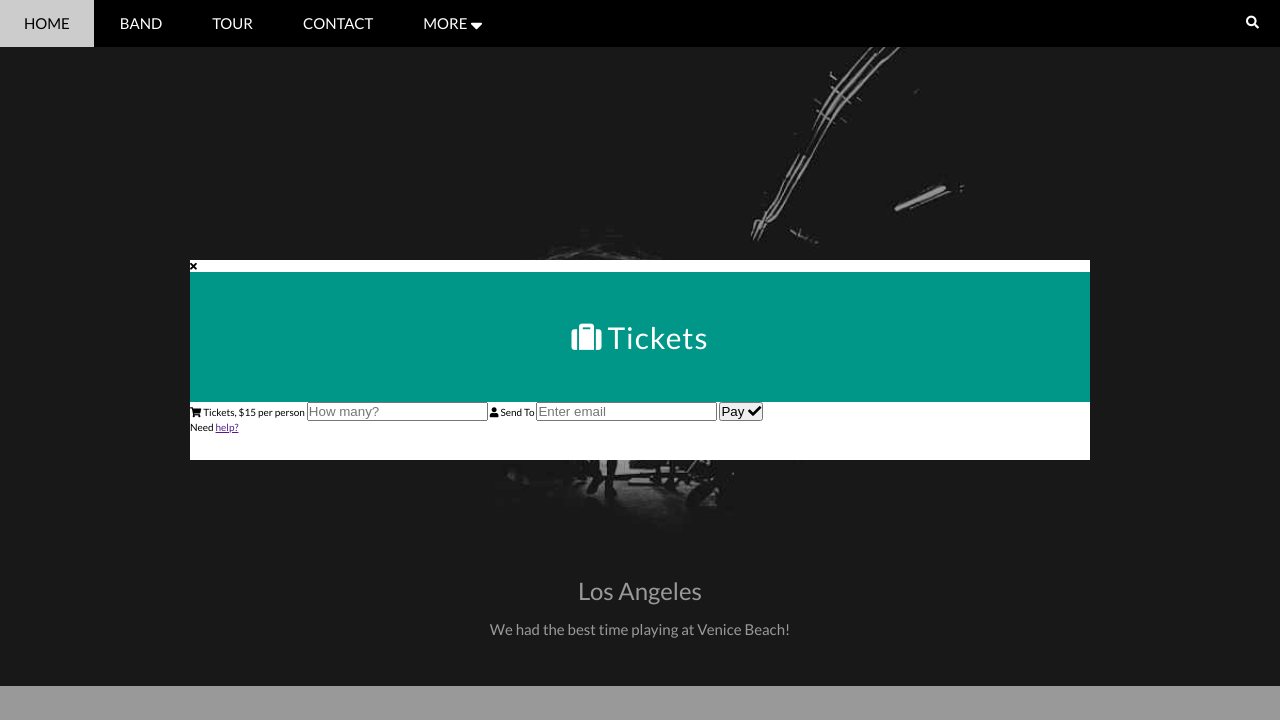
Repository: nguyenthaicong265/w3-band
Page: index.html
These files come from the project's save history. The page is drawn as it stood at one moment and after the next save; the edit follows.
The browser window is 1280 px wide. The pictures show the window.
A layer covers the whole window, so only the first screen is drawn.

Above is the page before, as saved 2022-01-03 11:47:34.

### index.html
<!DOCTYPE html>
<html lang="en">
<head>
    <meta charset="UTF-8">
    <meta http-equiv="X-UA-Compatible" content="IE=edge">
    <meta name="viewport" content="width=device-width, initial-scale=1.0">
    <title>Document</title>
    <link rel="stylesheet" href="./assets/css/styles.css">
    <link rel="stylesheet" href="https://fonts.googleapis.com/css?family=Lato">
    <link rel="stylesheet" href="./assets/font/themify-icons-font/themify-icons/themify-icons.css">
    <link rel="stylesheet" href="./assets/font/fontawesome-free-5.15.4-web/css/all.css">
</head>
<body>
    <div id="main">
        <div id="header">
            <ul id="nav">
                <li><a href="">Home</a></li>
                <li><a href="">Band</a></li>
                <li><a href="">Tour</a></li>
                <li><a href="">Contact</a></li>
                <li>
                    <a href="#">
                        More
                        <i class="fas fa-sort-down"></i>
                    </a>
                    <ul class="subnav">
                        <li><a href="#">Merchandise</a></li>
                        <li><a href="#">Extras</a></li>
                        <li><a href="#">Media</a></li>
                    </ul>
                </li>
            </ul>
            <div class="search-button">
                <i class="fas fa-search text-white"></i>
            </div>
        </div>

        <div id="slider">
            <div class="text-content text-white">
                <h2 class="text-head">Los Angeles
                </h2>
                <div class="text-description">We had the best time playing at Venice Beach!
                </div>
            </div>
        </div>

        <div id="content">
            <!-- About-section -->
            <div class="band-section">
                <div class="content-section">
                    <h2 class="section-heading">
                    THE BAND
                    </h2>
                    <p class="section-sub-heading">
                    We love music
                    </p>
                    <p class="about-text">We have created a fictional band website. Lorem ipsum dolor sit amet, consectetur adipiscing elit, sed do eiusmod tempor incididunt ut labore et dolore magna aliqua. Ut enim ad minim veniam, quis nostrud exercitation ullamco laboris nisi ut aliquip ex ea commodo consequat. Duis aute irure dolor in reprehenderit in voluptate velit esse cillum dolore eu fugiat nulla pariatur. Excepteur sint occaecat cupidatat non proident, sunt in culpa qui officia deserunt mollit anim id est laborum consectetur adipiscing elit, sed do eiusmod tempor incididunt ut labore et dolore magna aliqua. Ut enim ad minim veniam, quis nostrud exercitation ullamco laboris nisi ut aliquip ex ea commodo consequat.
                    </p>

                    <!-- Member -->
                    <div class="members-list">
                        <div class="member-item">
                            <p class="member-name">Name</p>
                            <img src="./assets/img/band/member1.jpg" alt="Name" class="member-avatar">
                        </div>

                        <div class="member-item">
                            <p class="member-name">Name</p>
                            <img src="./assets/img/band/member1.jpg" alt="Name" class="member-avatar">
                        </div>

                        <div class="member-item">
                            <p class="member-name">Name</p>
                            <img src="./assets/img/band/member1.jpg" alt="Name" class="member-avatar">
                        </div>
                    </div>
                </div>
            </div>

            <!-- Tour-section -->
            <div class="tour-section">
                <div class="content-section">
                    <h2 class="section-heading text-white">
                    TOUR DATES
                    </h2>
                    <p class="section-sub-heading text-white">
                    Remember to book your tickets!
                    </p>

                    <!-- Tickets  -->
                    <ul class="tickets-list">
                        <li>September <span class="sold-out text-white">Sold out</span></li>
                        <li>October <span class="sold-out text-white">Sold out</span></li>
                        <li>November <span class="quantity text-white">3</span></li>
                    </ul>

                    <!-- Places -->
                    <div class="places-list">
                        <div class="places-item">
                            <img src="./assets/img/places/newyork.jpg" alt="New York" class="place-img">
                            <div class="place-body">
                                <h3 class="place-heading">
                                    New York
                                </h3>
                                <p class="place-time">
                                    Fri 27 Nov 2016
                                </p>
                                <p class="place-dsc">
                                    Praesent tincidunt sed tellus ut rutrum sed vitae justo.
                                </p>
                                <a href="#" class="place-buy-ticket">Buy Tickets</a>
                            </div>
                        </div>

                        <div class="places-item">
                            <img src="./assets/img/places/paris.jpg" alt="Paris" class="place-img">
                            <div class="place-body">
                                <h3 class="place-heading">
                                    Paris
                                </h3>
                                <p class="place-time">
                                    Sat 28 Nov 2016
                                </p>
                                <p class="place-dsc">
                                    Praesent tincidunt sed tellus ut rutrum sed vitae justo.
                                </p>
                                <a href="#" class="place-buy-ticket">Buy Tickets</a>
                            </div>
                        </div>

                        <div class="places-item">
                            <img src="./assets/img/places/sanfran.jpg" alt="San Francisco" class="place-img">
                            <div class="place-body">
                                <h3 class="place-heading">
                                    San Francisco
                                </h3>
                                <p class="place-time">
                                    Sun 29 Nov 2016
                                </p>
                                <p class="place-dsc">
                                    Praesent tincidunt sed tellus ut rutrum sed vitae justo.
                                </p>
                                <a href="#" class="place-buy-ticket">Buy Tickets</a>
                            </div>
                        </div>
                    </div>
                </div>
            </div>

            <!-- Contact-section -->
            <div class="contact-section">
                <div class="content-section">
                    <h2 class="section-heading">
                    CONTACT</h2>
                    <p class="section-sub-heading">
                    Fan? Drop a note!</p>
                    <div class="contact-information">
                        <div class="contact-location">
                            <i class="fas fa-map-marker-alt"></i>
                            <p class="location">Chicago, US</p>
                        </div>
                        <div class="contact-phone">
                            <i class="fas fa-phone-alt"></i>
                            <p class="phone">Phone: +00 151515</p>
                        </div>
                        <div class="contact-email">
                            <i class="fas fa-envelope"></i>
                            <p class="email">Email: mail@mail.com</p>
                        </div>
                    </div>
                    <div class="fill-information">
                        <form action="" class="form-information">
                            <input type="text" class="fill-name" placeholder="Name" required name="Name">
                            <input type="text" class="fill-email" placeholder="Email" required name="Email">
                            <input type="text" class="fill-message" placeholder="Message"
                            required name="Message">
                            <button class="button-send" type="submit">SEND</button>
                        </form>
                    </div>
                </div>
            </div>
        </div>

        <div id="footer">

        </div>
    </div>
    <div class="modal">
         <div class="modal-contaner">
             <div class="modal-close">
                <i class="fas fa-times"></i>
             </div>

             <div class="modal-header text-white">
                <i class="fas fa-suitcase"></i> Tickets
             </div>

             <div class="modal-body">
                <label for="" class="modal-label">
                    <i class="fas fa-shopping-cart"></i>
                    Tickets, $15 per person
                 </label>
                 <input type="text" class="modal-input" placeholder="How many?">

                 <label for="" class="modal-label">
                    <i class="fas fa-user"></i>
                    Send To
                 </label>
                 <input type="text" class="modal-input" placeholder="Enter email">

                <button id="buy-ticket">
                    Pay
                    <i class="fas fa-check"></i>
                </button>
             </div>

             <div class="modal-footer">
                 <p class="modal-help">
                     Need <a href="">help?</a>
                 </p>
             </div>
         </div>
    </div>
</body>
</html>

### assets/css/styles.css
/* Reset CSS */
* {
    padding: 0;
    margin: 0;
    box-sizing: border-box;
}

html {
    font-family: "Lato", sans-serif;
    font-size: 62.5%;
}

.text-white {
    color: #ffff !important;
}

#main {

}

#header {
    position: fixed;
    top: 0;
    left: 0;
    right: 0;
    height: 46.5px;
    background-color: #000000;
    z-index: 1;
}

#header .search-button {
    float: right;
    padding: 0 21px;
}

#header .search-button:hover {
    cursor: pointer;
    background-color: #f44336!important;
}

#header .fa-search {
    font-size: 13px;
    line-height: 46px;
}

#nav, .subnav {
    display: inline-block;
    list-style-type: none;
}

#nav > li {
    display: inline-block;
}

#nav li {
    position: relative;
}

#nav > li > a {
    color: #ffffff;
    text-transform: uppercase;
}

#nav li a {
    text-decoration: none;
    line-height: 46.5px;
    padding: 0px 24px;
    font-size: 1.5rem;
    display: block;
}

#nav .fa-sort-down {
    font-size: 20px;
}

#nav li:hover .subnav {
    display: block;

}

#nav > li:hover > a,
#nav .subnav li:hover a {
    color: #000 !important;
    background-color: #ccc !important;
}

#nav .subnav {
    display: none;
    position: absolute;
    min-width: 160px;
    top: 46.5px;
    background-color: #ffffff;
    box-shadow: 0 0 10px rgba(0, 0, 0, 0.3);
}

#nav .subnav a {
    color: #000;
    padding: 0 12px;
    line-height: 38px;
}

#slider {
    position: relative;
    margin-top: 46px;
    padding-top: 50%;
    background: url(/assets/img/slider/slider1.jpg) top center / cover no-repeat;
}

#slider .text-content {
    position: absolute;
    bottom: 48px;
    width: 100%;
    text-align: center;
}

#slider .text-head {
    font-weight: 100;
    font-size: 24px;
    margin-bottom: 10px;
}
#slider .text-description {
    font-size: 15px;
    margin-top: 15px;
}

#content {
}

#content .content-section {
    width: 800px;
    padding: 64px 16px ;
    margin-left: auto;
    margin-right: auto;
}

#content .section-heading {
    font-size: 30px;
    font-weight: 400;
    letter-spacing: 4px;
    text-align: center;
}

#content .section-sub-heading {
    font-size: 15px;
    font-style: italic;
    text-align: center;
    opacity: 0.6;
    margin-top: 25px;
}

#content .about-text {
    text-align: justify;
    font-size: 15px;
    margin-top: 25px;
    line-height: 1.4;
}

#content .members-list {
    margin-top: 48px;
    overflow: hidden;
    padding-top: 32px !important;
    padding-bottom: 32px !important;
}

#content .member-item {
    float: left;
    width: 33.333333%;
    text-align: center;
}

#content .member-name {
    font-size: 15px;


}

#content .member-avatar {
    width: 60%;
    margin-top: 15px;
    border-radius: 4px;
}

.tour-section {
    background-color: #000;
    width: 100%;
}

.tickets-list {
    background-color: #ffffff;
    margin-top: 40px;
    list-style-type: none;
}

.tickets-list li {
    font-size: 15px;
    padding: 11px 16px;
    border-bottom: 1px solid #dddd;
    color: #757575;
}

.tickets-list .sold-out {
    background-color: #f44336!important;
    padding: 2px 7px;
    margin-left: 16px;
}

.tickets-list .quantity {
    float: right;
    width: 24px;
    height: 24px;
    background-color: #000;
    border-radius: 50%;
    line-height: 24px;
    text-align: center;
    margin-top: -3px;
}

.places-list {
    margin: 32px -8px 0px;
    overflow: hidden;
    padding-bottom: 48px;
}

.places-item {
    float: left;
    width: 33.33333%;
    padding: 0 8px;

}

.place-img {
    display: block;
    width: 100%;
}

.place-img:hover {
    opacity: 0.6;
}

.place-body {
    background-color: #ffff;
    padding: 16px;
}

.place-heading {
    font-size: 15px;
    font-weight: bolder;
    margin-bottom: 15px;
}

.place-time {
    font-size: 15px;
    opacity: 0.6;
    margin-bottom: 15px;
}

.place-dsc {
    font-size: 15px;
    margin-bottom: 15px;
}

.place-buy-ticket {
    display: inline-block;
    font-size: 15px;
    color: #ffff;
    background-color: #000;
    text-decoration: none;
    padding: 8px 16px;
    margin-top: 16px;
}

.place-buy-ticket:hover {
    color: #000;
    background-color: #ccc;
}

.contact-section {
    background-color: #fff;
    width: 100%;

}

.contact-information {
    float: left;
    width: 49.99999%;
    margin-bottom: 16px;
    overflow: hidden;
}

.fas {
    display: inline-block;
}

.contact-location {

}


.contact-phone {

}

.fill-information {
    width: 49.99999%;
}
#footer {

}

.modal {
    position: fixed;
    top: 0;
    right: 0;
    bottom: 0;
    left: 0;
    background: rgba(0, 0, 0, 0.4);
    display: flex;
    align-items: center;
    justify-content: center;

}

.modal-contaner {
    background: #fff;
    width: 900px;
    min-height: 200px;
}

.modal-header {
    background-color: #009688;
    height: 130px;
    display: flex;
    align-items: center;
    justify-content: center;
    font-size: 30px;
    letter-spacing: 1px;
}

.modal-header i {
    margin-right: 5px;
}

Loaded but not shown: assets/font/themify-icons-font/themify-icons/themify-icons.css (common file); assets/font/fontawesome-free-5.15.4-web/css/all.css (library)

After the next save:
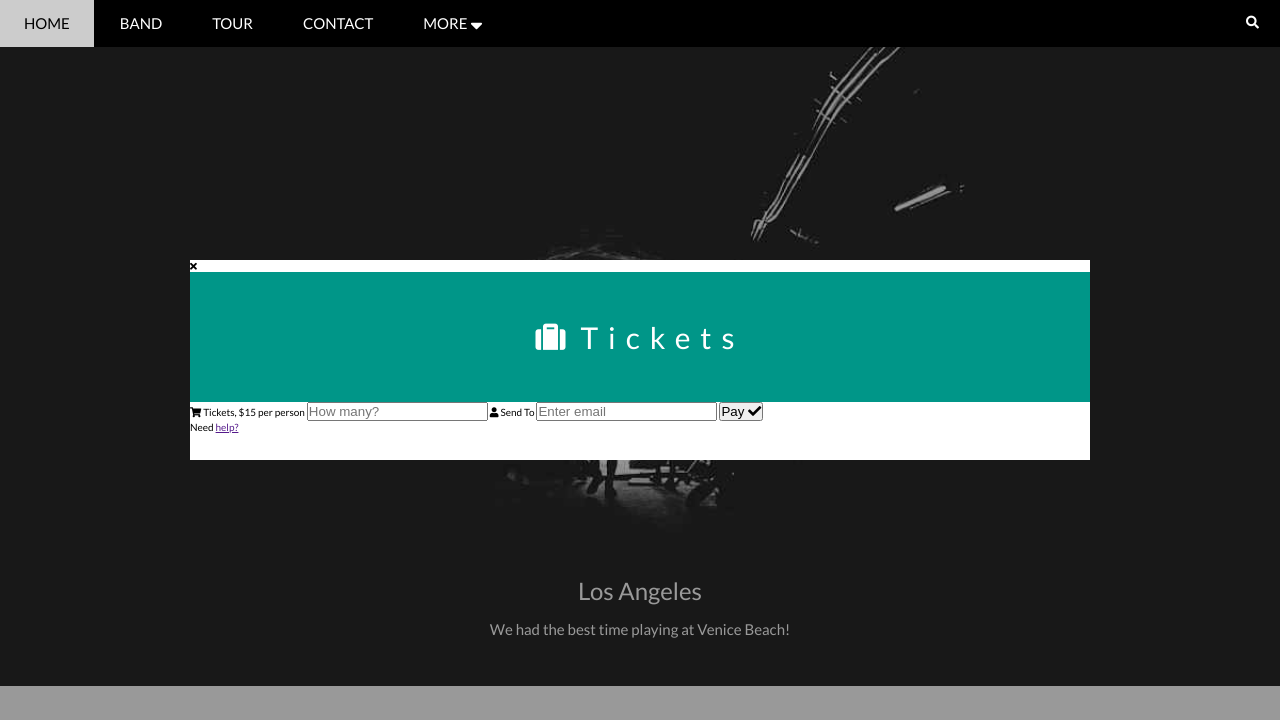
Saved 20 s later.
--- a/assets/css/styles.css
+++ b/assets/css/styles.css
@@ -333,7 +333,7 @@ html {
     align-items: center;
     justify-content: center;
     font-size: 30px;
-    letter-spacing: 1px;
+    letter-spacing: 10px;
 }
 
 .modal-header i {
